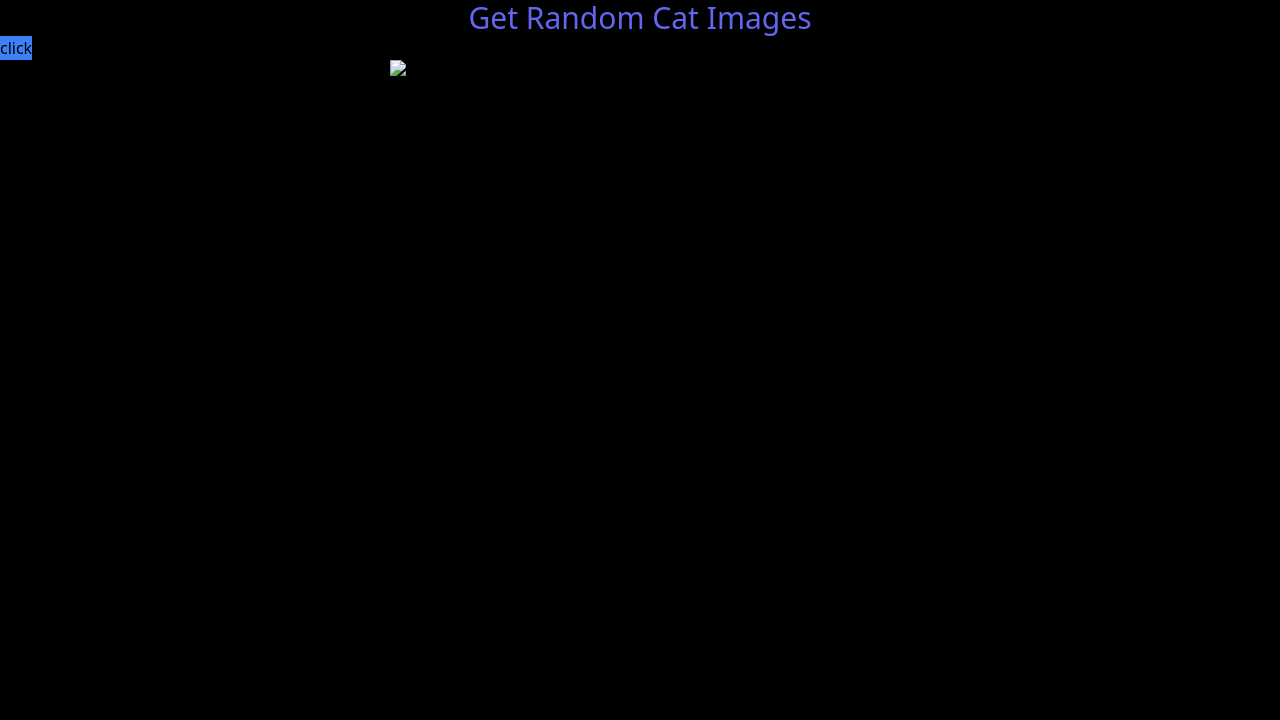
Repository: tentaciones/catMemeGenerator
Page: /
The author's editor kept a copy of each file at every save. The page is drawn from the files as they stood at one save, then again after the next save.
The browser window is 1280 px wide. The pictures show the whole page.
The page's requests for data from a server got no answer. Some web fonts or font styles are not loaded; a fallback is used. The project was rebuilt for these pictures with package versions that can differ from the ones it lists, and the page was loaded fresh each time. No one was signed in, and anything a server would have sent is missing. Also part of the build but not shown: src/components/Navbar.jsx, src/components/Header.jsx, src/components/Post.jsx, src/components/Sidebar.jsx, src/pages/home.jsx.

Above is the page before, as saved 2022-07-07 19:50:44.

### public/index.html
<!DOCTYPE html>
<html lang="en">
  <head>
    <meta charset="utf-8" />
    <link rel="icon" href="%PUBLIC_URL%/favicon.ico" />
    <meta name="viewport" content="width=device-width, initial-scale=1" />
    <meta name="theme-color" content="#000000" />
    <meta
      name="description"
      content="Web site created using create-react-app"
    />
    <link rel="apple-touch-icon" href="%PUBLIC_URL%/logo192.png" />
    <link rel="preconnect" href="https://fonts.googleapis.com" />
    <link rel="preconnect" href="https://fonts.gstatic.com" crossorigin />
    <link
      href="https://fonts.googleapis.com/css2?family=Gentium+Book+Plus:ital@1&family=Rubik+Moonrocks&display=swap"
      rel="stylesheet"
    />
    <link rel="manifest" href="%PUBLIC_URL%/manifest.json" />

    <title>React App</title>
  </head>
  <body>
    <noscript>You need to enable JavaScript to run this app.</noscript>
    <div id="root"></div>
    <!--
      This HTML file is a template.
      If you open it directly in the browser, you will see an empty page.

      You can add webfonts, meta tags, or analytics to this file.
      The build step will place the bundled scripts into the <body> tag.

      To begin the development, run `npm start` or `yarn start`.
      To create a production bundle, use `npm run build` or `yarn build`.
    -->
  </body>
</html>

### src/App.js
import { Navbar } from "./components";
import Home from "./pages/Home";
import Generator from "./pages/Generator";
function App() {
  return (
    <div>
      <Generator />
    </div>
  );
}

export default App;

### src/components/index.js
export { default as Navbar } from "./Navbar";
export { default as Header } from "./Header";
export { default as Post } from "./Post";
export { default as Sidebar } from "./Sidebar";

### src/pages/Generator.jsx
import React, { useEffect, useState } from "react";
import Loading from "../components/Loading";
const Generator = () => {
  const [cat, setCat] = useState("");
  const [done, setDone] = useState(undefined);
  const [loading, setLoading] = useState(undefined);
  const getCat = () => {
    setDone(undefined);
    setLoading(undefined);
    setTimeout(() => {
      fetch("https://aws.random.cat/meow")
        .then((res) => res.json())
        .then((data) => setCat(data.file));
      setLoading(true);
      setTimeout(() => {
        setDone(true);
      }, 1000);
    }, 1200);
  };
  useEffect(() => {
    getCat();
  }, []);

  return (
    <div className="bg-black h-screen">
      <div className="flex justify-center text-indigo-500 text-3xl">
        Get Random Cat Images
      </div>
      <button onClick={getCat} className="bg-blue-500">
        click
      </button>
      <div className="flex justify-center">
        {!done ? (
          <Loading loading={loading} />
        ) : (
          <img src={cat} alt="c" className="h-[500px] w-[500px]" />
        )}
      </div>
    </div>
  );
};

export default Generator;

### src/components/Loading.js
import React from "react";
import Lottie from "react-lottie";
import * as loading from "../46472-lurking-cat.json";
import * as done from "../50465-done.json";

const defaultOptions = {
  loop: true,
  autoplay: true,
  animationData: loading.default,
  rendererSettings: {
    preserveAspectRatio: "xMidYMid slice",
  },
};

const defaultOptions2 = {
  loop: false,
  autoplay: true,
  animationData: done.default,
  rendererSettings: {
    preserveAspectRatio: "xMidYMid slice",
  },
};

const Loading = ({ loading }) => {
  console.log(loading);
  return (
    <div>
      {!loading ? (
        <Lottie options={defaultOptions} height={120} width={120} />
      ) : (
        <Lottie options={defaultOptions2} height={120} width={120} />
      )}
    </div>
  );
};

export default Loading;

Loaded but not shown: src/index.js (common file); src/index.css (common file); src/reportWebVitals.js (common file); src/46472-lurking-cat.json (common file); src/50465-done.json (common file); tailwind.config.js (common file)

After the next save:
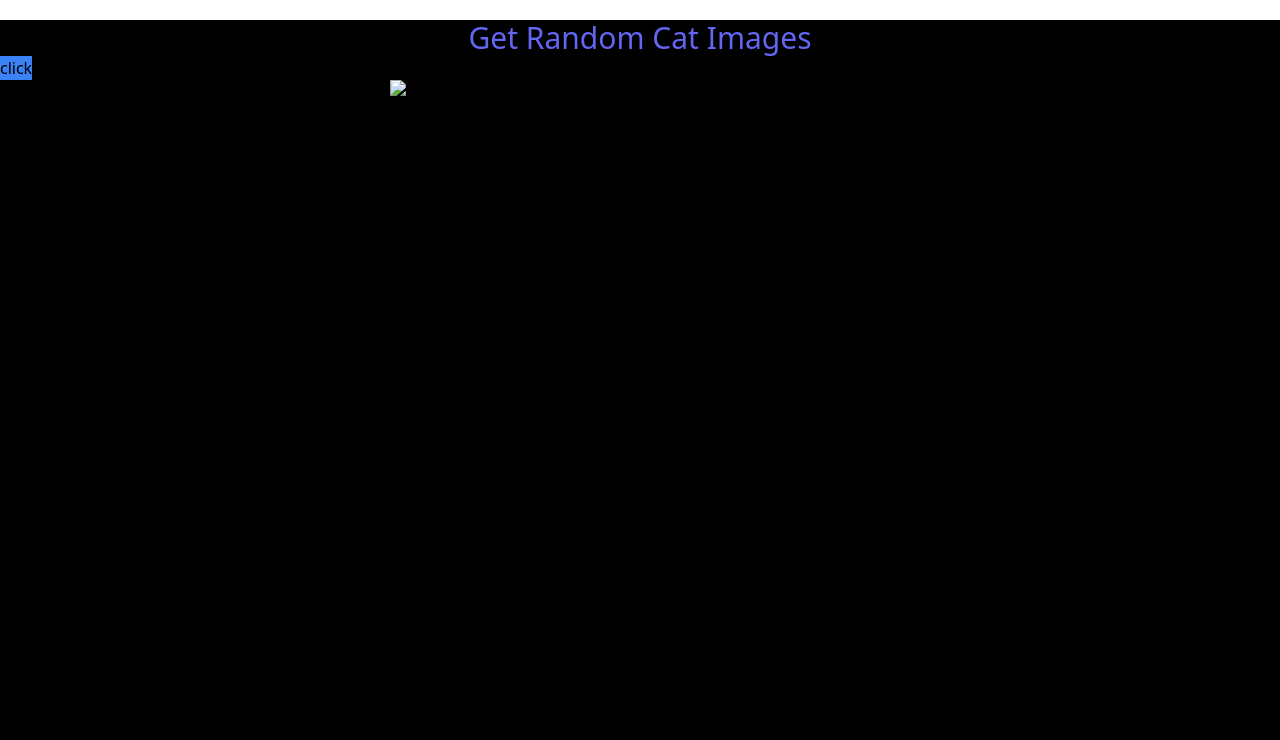
Saved 9 s later.
--- a/src/pages/Generator.jsx
+++ b/src/pages/Generator.jsx
@@ -23,7 +23,7 @@
 
   return (
     <div className="bg-black h-screen">
-      <div className="flex justify-center text-indigo-500 text-3xl">
+      <div className="flex justify-center mt-5 text-indigo-500 text-3xl">
         Get Random Cat Images
       </div>
       <button onClick={getCat} className="bg-blue-500">

After the save that followed:
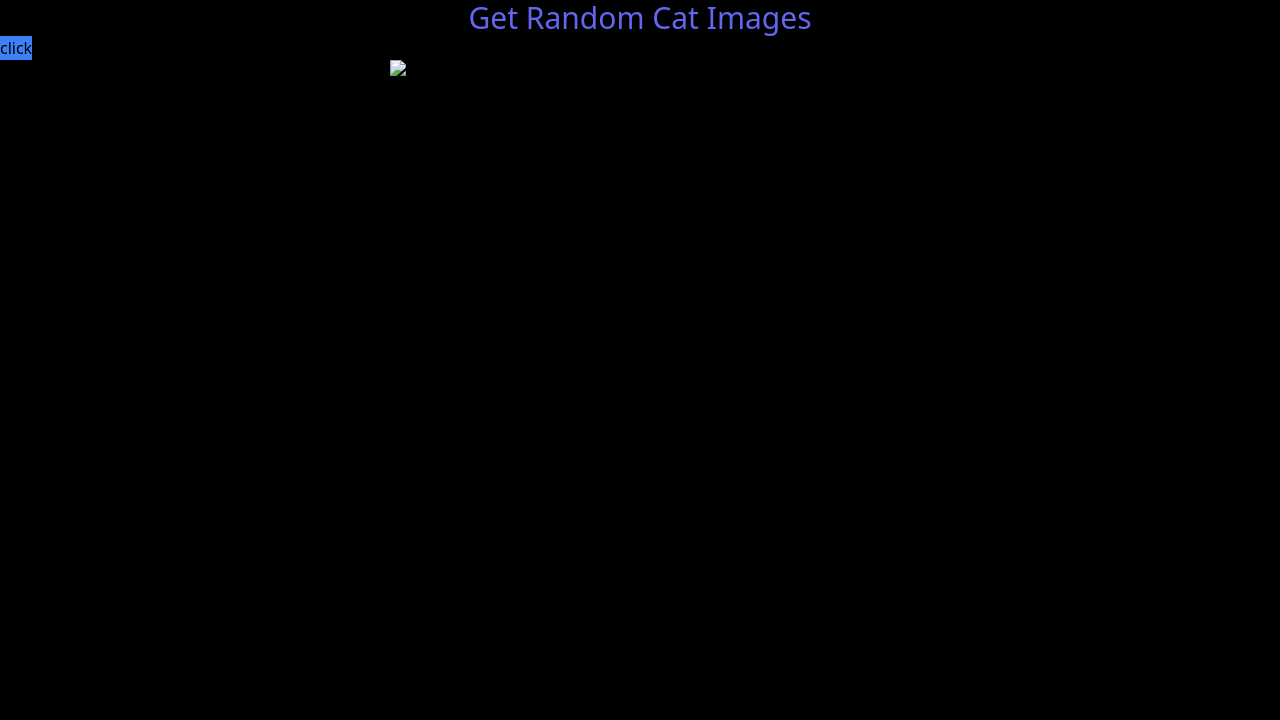
Saved 21 s later.
--- a/src/pages/Generator.jsx
+++ b/src/pages/Generator.jsx
@@ -23,8 +23,8 @@
 
   return (
     <div className="bg-black h-screen">
-      <div className="flex justify-center mt-5 text-indigo-500 text-3xl">
-        Get Random Cat Images
+      <div className="flex justify-center text-indigo-500 text-3xl">
+        <div>Get Random Cat Images</div>
       </div>
       <button onClick={getCat} className="bg-blue-500">
         click
